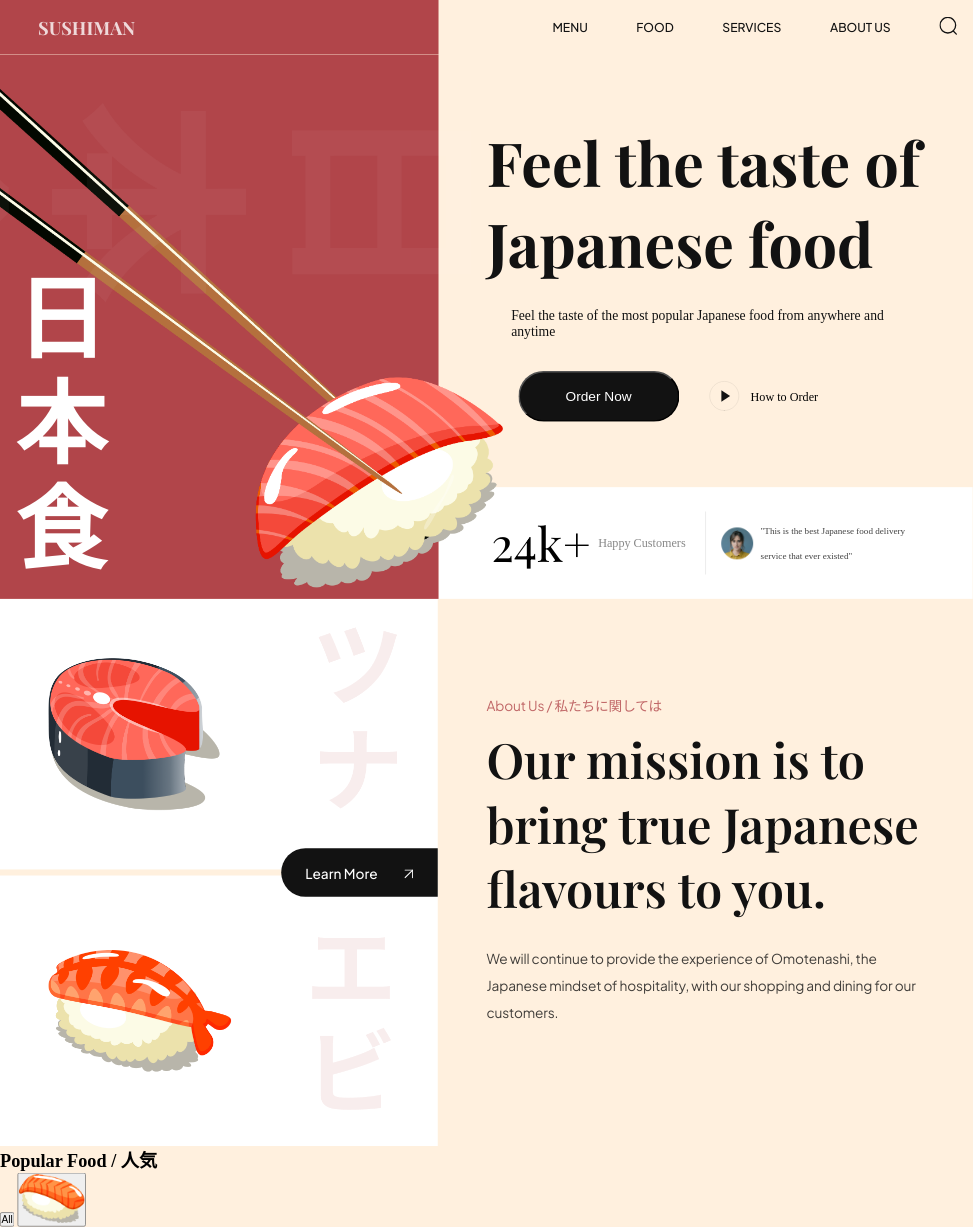
Repository: echoyol/sushiWebsite
Page: index.html
An editor plug-in stored every save of this project. The page is shown before and after the next save, followed by the edit.
The browser window is 1280 px wide. The pictures show the whole page, at 76% of full size.

Above is the page before, as saved 2023-06-04 19:27:31.

After the next save:
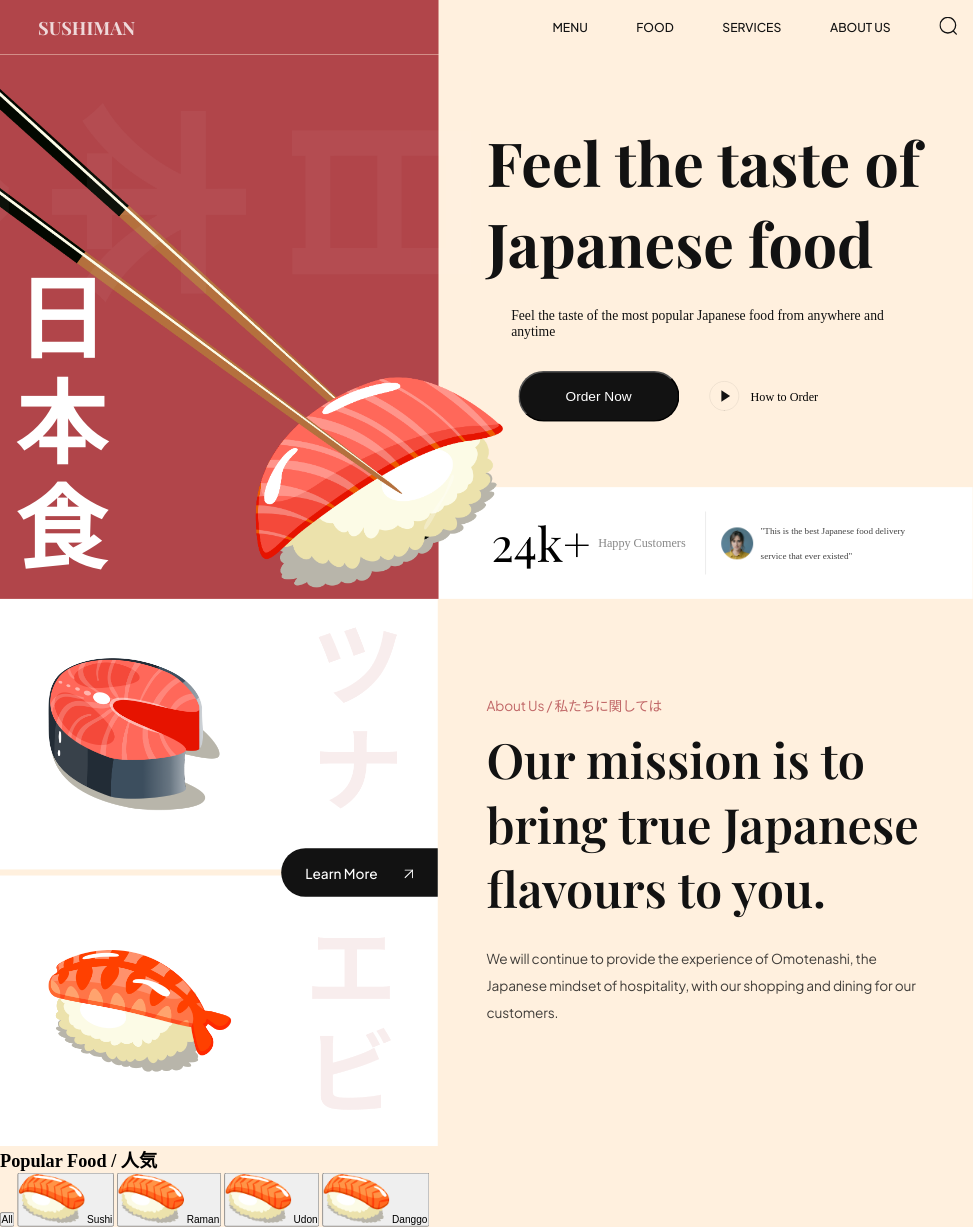
Saved 2 min 11 s later.
--- a/index.html
+++ b/index.html
@@ -168,6 +168,28 @@
             src="assets/sushi-9.png"
             alt="sushi 9"
           />
+          Sushi
+        </button>
+        <button class="popular-foods__filter-btn">
+          <img
+            src="assets/sushi-9.png"
+            alt="sushi 9"
+          />
+          Raman
+        </button>
+        <button class="popular-foods__filter-btn">
+          <img
+            src="assets/sushi-9.png"
+            alt="sushi 9"
+          />
+          Udon
+        </button>
+        <button class="popular-foods__filter-btn">
+          <img
+            src="assets/sushi-9.png"
+            alt="sushi 9"
+          />
+          Danggo
         </button>
       </div>
     </section>
